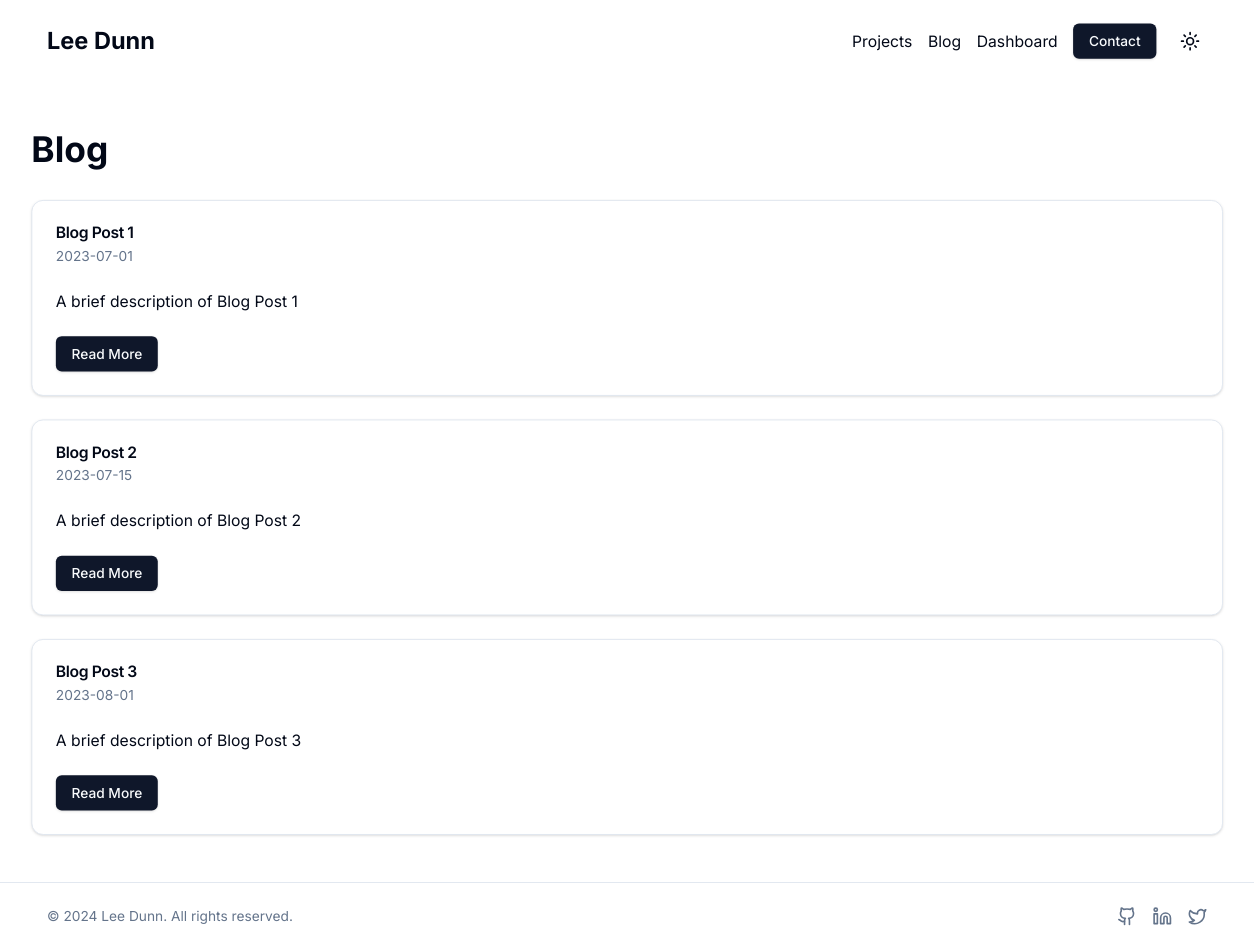
Repository: OriginalLeeDunn/pkm-portfolio
Page: /blog
An editor plug-in stored every save of this project. The page is shown before and after the next save, followed by the edit.
The browser window is 1280 px wide. The pictures show the whole page, at 98% of full size.
The project was rebuilt for these pictures with package versions that can differ from the ones it lists, and the page was loaded fresh each time. The framework's server and built-in components were replaced by stand-ins that run in the browser. Also part of the build but not shown: next.config.mjs.

Above is the page before, as saved 2024-10-17 09:50:59.

After the next save:
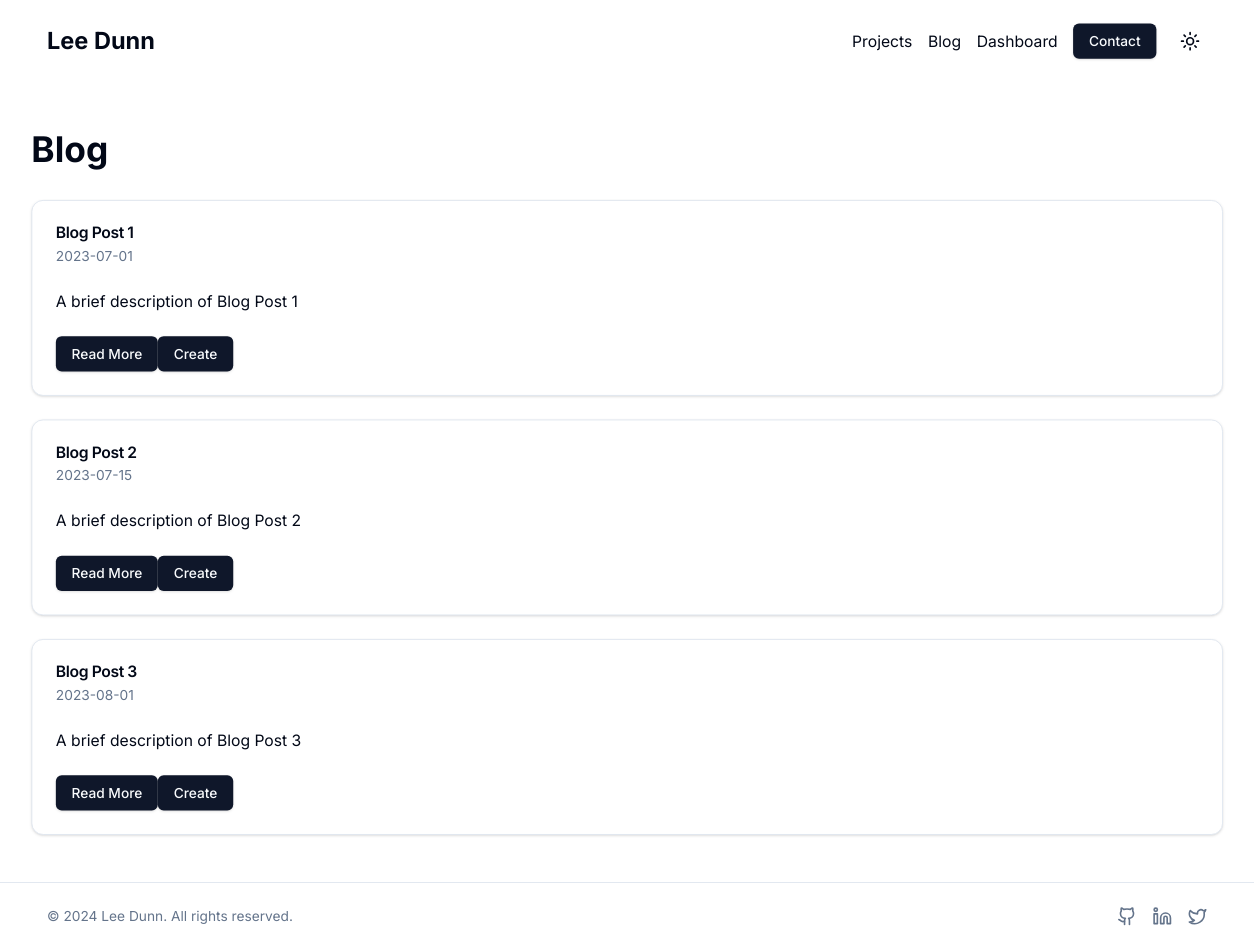
Saved 88 min 15 s later.
--- a/src/app/blog/page.tsx
+++ b/src/app/blog/page.tsx
@@ -26,6 +26,9 @@
               <Button asChild>
                 <Link href={`/blog/${post.id}`}>Read More</Link>
               </Button>
+              <Button>
+                <Link href={'/blog/'}>Create</Link>
+              </Button>
             </CardFooter>
           </Card>
         ))}

After the save that followed:
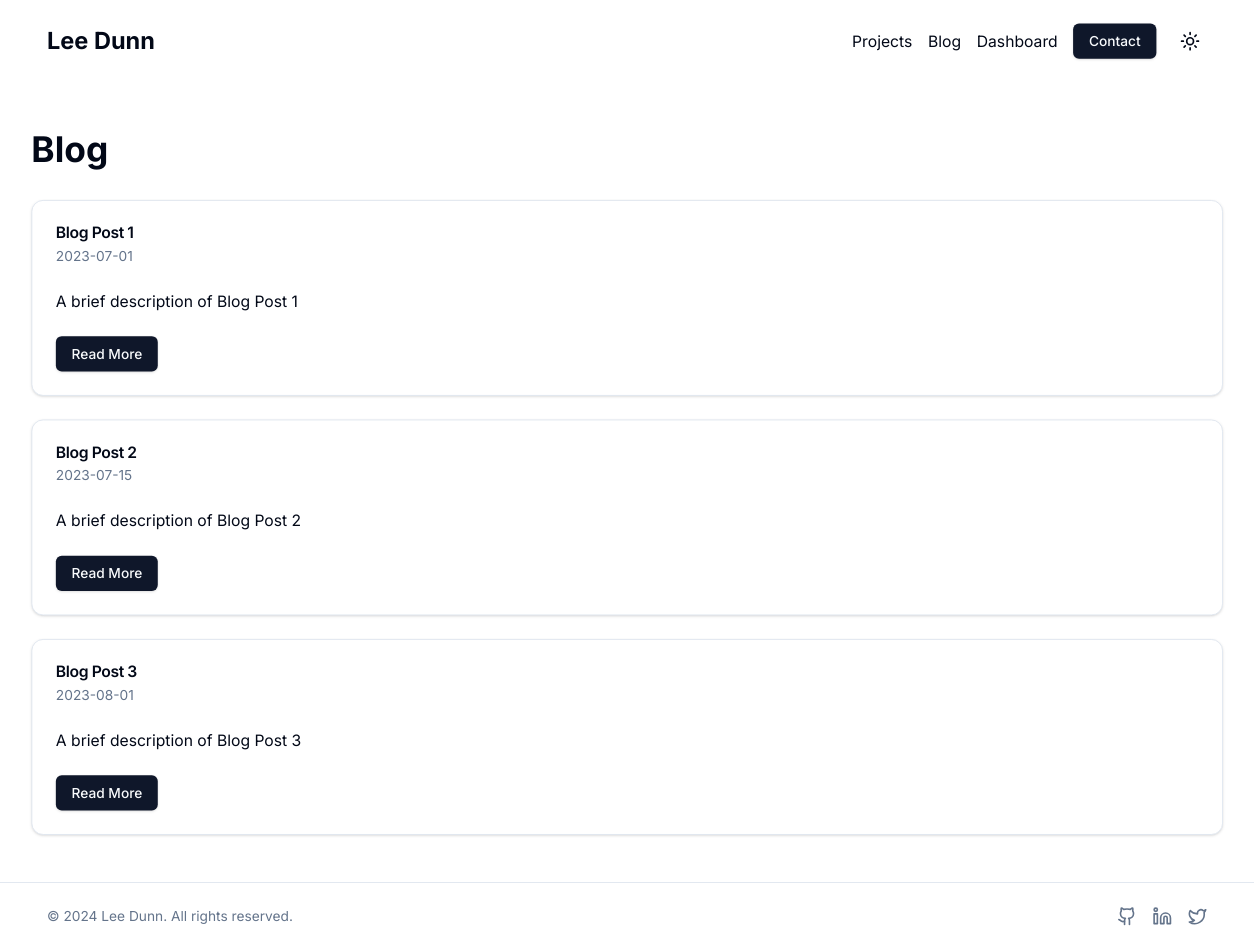
Saved 11 s later.
--- a/src/app/blog/page.tsx
+++ b/src/app/blog/page.tsx
@@ -26,9 +26,6 @@
               <Button asChild>
                 <Link href={`/blog/${post.id}`}>Read More</Link>
               </Button>
-              <Button>
-                <Link href={'/blog/'}>Create</Link>
-              </Button>
             </CardFooter>
           </Card>
         ))}
